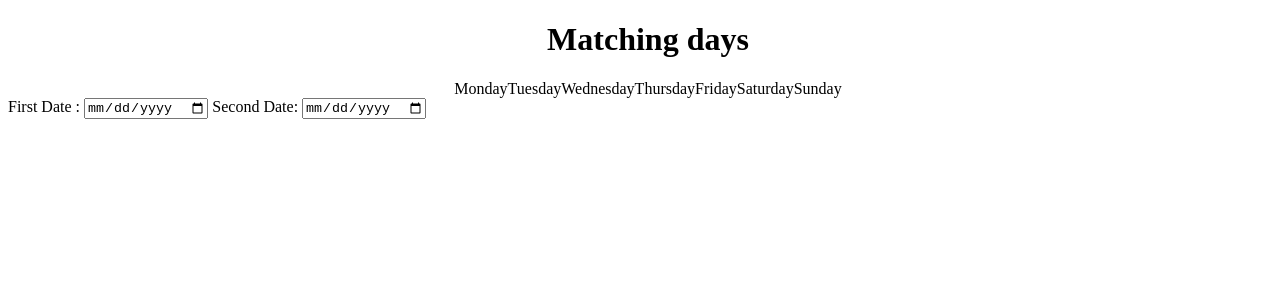
Repository: lasity34/matching-days
Page: index.html
An editor plug-in stored every save of this project. The page is shown before and after the next save, followed by the edit.
The browser window is 1280 px wide. The page is 1288 px wide, so the pictures cover 1288 px, including what lies to the right of the window. The pictures show the whole page.
Some web libraries are served in a nearby version.

Above is the page before, as saved 2023-05-10 10:14:35.

After the next save:
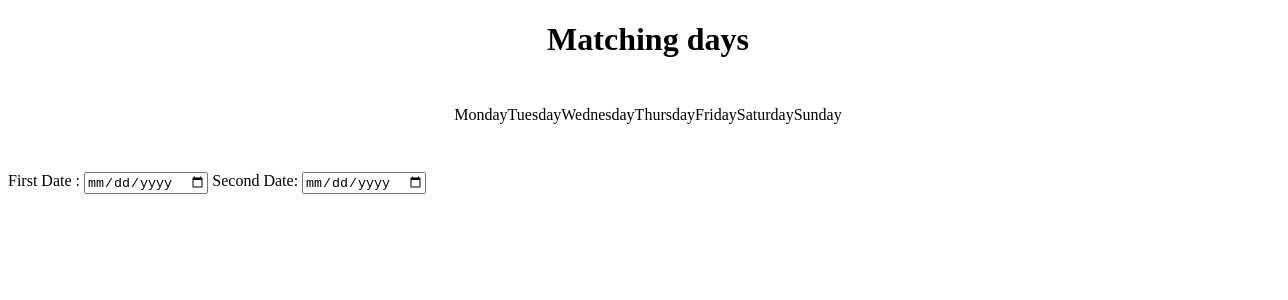
Saved 25 s later.
--- a/style.css
+++ b/style.css
@@ -10,6 +10,7 @@ h1 {
 .days_container {
     display: flex;
     justify-content: center;
+    margin: 3em;
 }
 
 .day_box {
